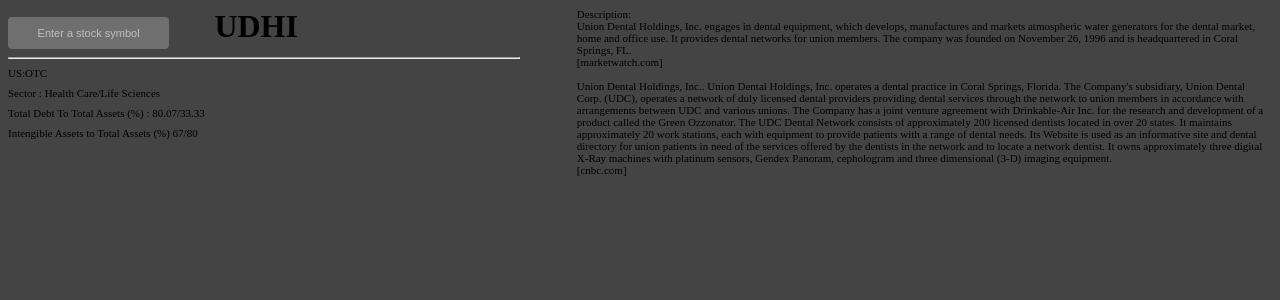
Repository: hadi4172/halal-stock-scanner
Page: popup.html
The author's editor kept a copy of each file at every save. The page is drawn from the files as they stood at one save, then again after the next save.
The browser window is 1280 px wide. The pictures show the whole page.

Above is the page before, as saved 2020-09-24 19:33:14.

After the next save:
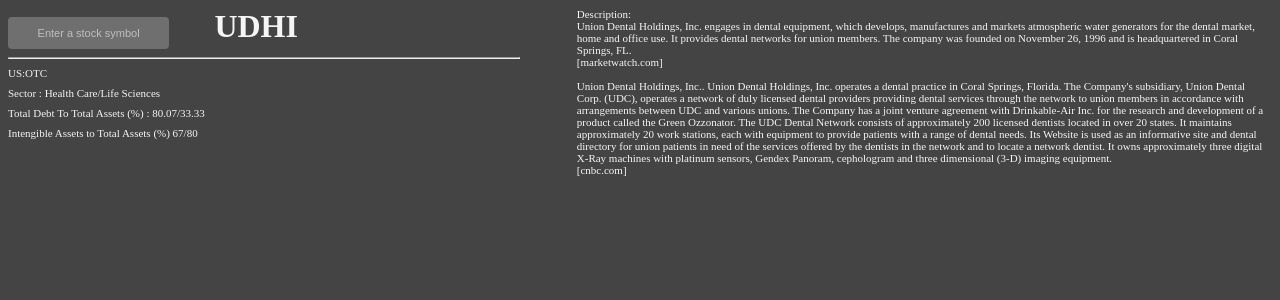
Saved 80 s later.
--- a/popup.html
+++ b/popup.html
@@ -16,19 +16,19 @@
         <input id=input class=dark-input type=text maxlength=5 placeholder="Enter a stock symbol" />
         <i id=search-btn class="fa fa-search fa-lg dark-icon"></i>
         <i id=settings-btn class="fa fa-cog fa-lg dark-icon"></i>
-        <span id=symbol>UDHI</span>
+        <span id=symbol class="dark-text">UDHI</span>
         <i id=icon-is-correct-or-no class="fa fa-exclamation-triangle fa-2x"></i>
         <div style="width:90%">
             <hr>
-            <div id=market class=info>US:OTC</div>
-            <div id=sector class=info>Sector : Health Care/Life Sciences</div>
-            <div id=debt-to-assets class=info>Total Debt To Total Assets (%) : 80.07/33.33</div>
-            <div id=intengible-assets-to-total-assets class=info>Intengible Assets to Total Assets (%) 67/80 </div>
+            <div id=market class="info dark-text">US:OTC</div>
+            <div id=sector class="info dark-text">Sector : Health Care/Life Sciences</div>
+            <div id=debt-to-assets class="info dark-text">Total Debt To Total Assets (%) : 80.07/33.33</div>
+            <div id=intengible-assets-to-total-assets class="info dark-text">Intengible Assets to Total Assets (%) 67/80 </div>
         </div>
     </div>
 
     <div id=right>
-        <div id=description data-simplebar>
+        <div id=description class="dark-text" data-simplebar>
             Description: <br />
             Union Dental Holdings, Inc. engages in dental equipment, which develops, manufactures and markets
             atmospheric water generators for the dental market, home and office use. It provides dental networks for
